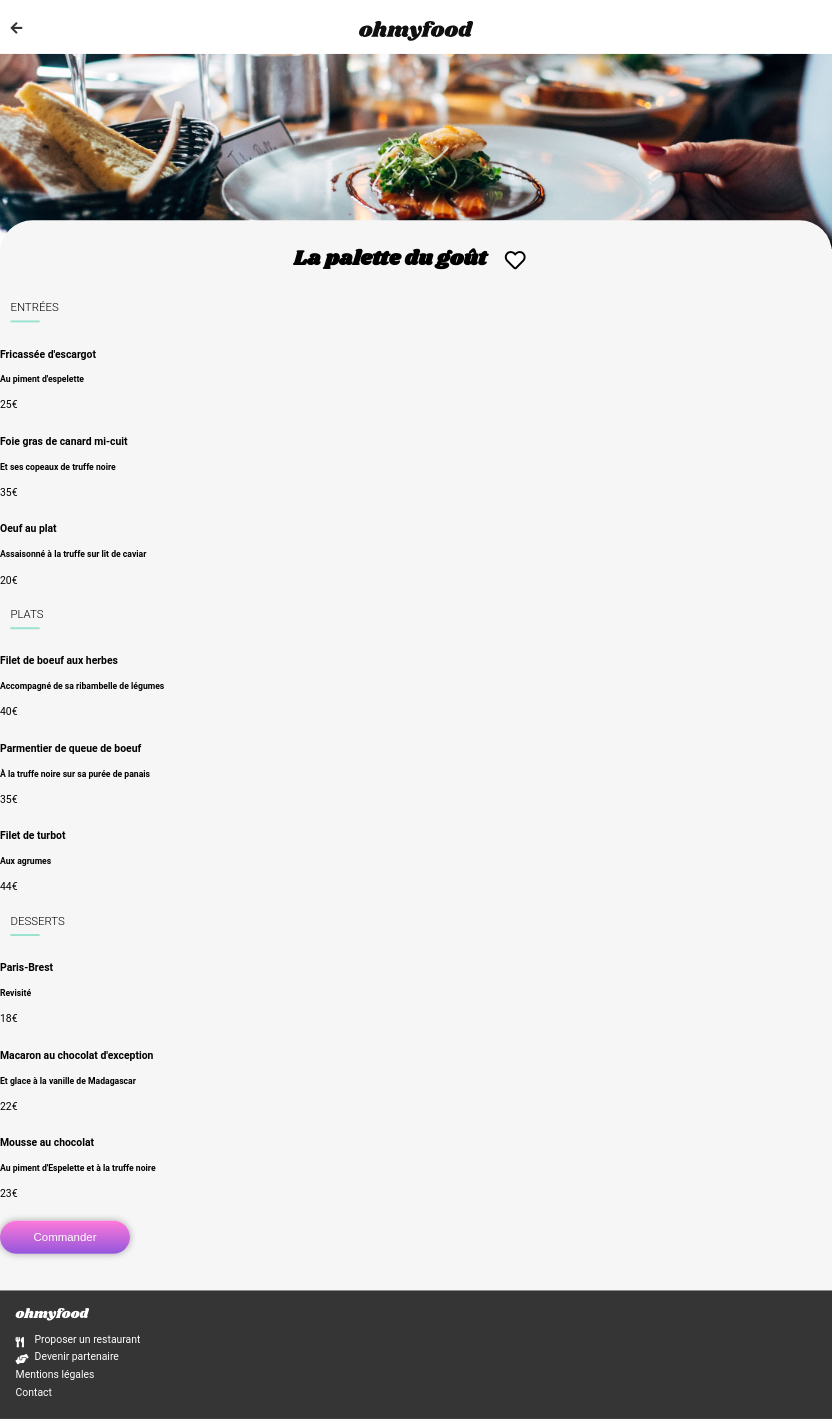
Repository: AlexisTisserand/AlexisTisserand_3_24112020
Page: menu-la-palette-du-gout.html
These files come from the project's save history. The page is drawn as it stood at one moment and after the next save; the edit follows.
The browser window is 1280 px wide. The pictures show the whole page, at 65% of full size.
Some web libraries are served in a nearby version. The style sheet was rebuilt from its Sass, Less or Tailwind sources for each picture, by a compiler version that may differ from the author's.

Above is the page before, as saved 2020-12-02 17:23:47.

### menu-la-palette-du-gout.html
<!DOCTYPE html>
<html lang="fr">

<head>
    <meta charset="UTF-8"/>
    <meta name="viewport" content="width=device-width, initial-scale=1">
    <meta name="descritpion" content="Menu - La palette du goût">
    <meta name="author" content="Alexis Tisserand">
    <link rel="stylesheet" href="https://use.fontawesome.com/releases/v5.4.1/css/all.css" integrity="sha384-5sAR7xN1Nv6T6+dT2mhtzEpVJvfS3NScPQTrOxhwjIuvcA67KV2R5Jz6kr4abQsz" crossorigin="anonymous">
    <link rel="stylesheet" href="style.css"/>
    <title>Menu - La palette du goût</title>
</head>
<body>

    <div id=bloc-page>

    <!--HEADER-->

    <header>
        <a href="index.html">
            <i class="fas fa-arrow-left"></i>
        </a>
        <div class="logo">
            <img src="images/logo/ohmyfood@2x.svg" alt="Logo ohmyfood"/>
        </div>
    </header>

    <section>

        <div class="restaurant-img">
            <img src="images/restaurants/la_palette_du_gout-min.jpg" alt="La Palette Du Goût"/>
        </div>

        <div class="restaurant-menu">
            <div class="restaurant-menu--titre">
                <h2>La palette du goût</h2>
                <div class="card-restaurant-legende-heart">
                    <span class="fa-stack">
                        <i class="fas fa-heart fa-stack-2x"></i>
                        <i class="far fa-heart fa-stack-2x"></i>
                    </span>
                </div>
            </div>

            <h3>ENTRÉES</h3>

                <div class="restaurant-menu--plats">
                    <h4>Fricassée d'escargot</h4>
                    <div class="restaurant-menu--plats--accompagnements">
                        <h5>Au piment d'espelette</h5>
                        <p>25€</p>
                    </div>
                </div>

                <div class="restaurant-menu--plats">
                    <h4>Foie gras de canard mi-cuit</h4>
                    <h5>Et ses copeaux de truffe noire</h5>
                    <p>35€</p>
                </div>

                <div class="restaurant-menu--plats">
                    <h4>Oeuf au plat</h4>
                    <h5>Assaisonné à la truffe sur lit de caviar</h5>
                    <p>20€</p>
                </div>

            <h3>PLATS</h3>

                <div class="restaurant-menu--plats">
                    <h4>Filet de boeuf aux herbes</h4>
                    <h5>Accompagné de sa ribambelle de légumes</h5>
                    <p>40€</p>
                </div>

                <div class="restaurant-menu--plats">
                    <h4>Parmentier de queue de boeuf</h4>
                    <h5>À la truffe noire sur sa purée de panais</h5>
                    <p>35€</p>
                </div>

                <div class="restaurant-menu--plats">
                    <h4>Filet de turbot</h4>
                    <h5>Aux agrumes</h5>
                    <p>44€</p>
                </div>

            <h3>DESSERTS</h3>

            <div class="restaurant-menu--plats">
                <h4>Paris-Brest</h4>
                <h5>Revisité</h5>
                <p>18€</p>
            </div>

            <div class="restaurant-menu--plats">
                <h4>Macaron au chocolat d'exception </h4>
                <h5>Et glace à la vanille de Madagascar</h5>
                <p>22€</p>
            </div>

            <div class="restaurant-menu--plats">
                <h4>Mousse au chocolat </h4>
                <h5>Au piment d'Espelette et à la truffe noire</h5>
                <p>23€</p>
            </div>

            <button class="description-ohmyfood-explorer" type="button">Commander</button>

        </div>
    </section>

    <footer>
        <h2>ohmyfood</h2>
        <div class="footer-img-text">
            <i class="fas fa-utensils"></i>
            <h3>Proposer un restaurant</h3>
        </div>
        <div class="footer-img-text">
            <i class="fas fa-hands-helping"></i>
            <h3>Devenir partenaire</h3>
        </div>
        <h3>Mentions légales</h3>
        <a href="mailto:ohmyfood@outlook.com"><h3>Contact</h3></a>
    </footer>

</body>
</html>

### sass/style.scss
@import "libs/fonts.scss";
@import "libs/media.scss";

/*COULEURS VARIABLES*/
$primary: #9356DC;
$secondary: #FF79DA;
$tertiary: #99E2D0;
$color-text: #353535;
$color-background: #f6f6f6;
$color-box-shadow :#e5e5e5;

/*VARIABLES TAILLE ET FONT FAMILY*/
$font-family: 'roboto', 'Raleway', 'Trebuchet MS', 'Lucida Sans Unicode', 'Lucida Grande', 'Lucida Sans', Arial, sans-serif;;
$size: 1rem;

/*Extensions*/
.box-shadow{
    box-shadow: 0px 0px 8px 1px $color-box-shadow;
    color: $color-text;
    border: none;
    border-radius: 25px;
    width: 350px;
    background-color: $color-background;
}

.cercle{
    background-color: $primary;
    color: white;
    padding: 8px;
    border-radius: 50px;
    margin-right: 25px;
    margin-left: -15px;
    width: 15px;
    height: 15px;
    text-align: center;
    align-content: center;
    font-size: $size;
    line-height: 15px;
    font-weight: light;
}

.transition-background{
    transition: background-color 200ms;
}

body{
    background-color: white;
    font-family: $font-family;
    margin: auto;
}

a{
    text-decoration: none;
    color: black;
}

#bloc-page{
    width: 100%;
    margin: auto;
    max-width: 2000px;
    min-width: 100px;
}

/*HEADER*/

header{
    text-align: center;
    .logo{
        margin-top: $size + 1rem;
        img{
            width: $size + 10rem;
        }
    }
}

.search-bar{
    display: flex;
    background-color: #EAEAEA;
    box-shadow: 0px -2px 5px 0px #CFCFCF;
    height: $size + 2rem;
    margin-top: 1rem;
    align-items: center;
    justify-content: center;
    .fas{
        font-size: $size;
        margin-bottom: 1rem;
    }
    .search-bar-button{
        color: $color-text;
        font-size: $size + 0.5rem;
    }
    .search-bar-text-input{
        outline: none;
        padding: 0;
        background-color: #EAEAEA;
        border: none;
        color: $color-text;
        font-size: $size;
        font-weight: bold;
        text-align: center;
        width: 180px;
    }
}

/*SECTION DESCRIPTION*/

#description-ohmyfood{
    display: flex;
    flex-direction: column;
    background-color: $color-background;
    align-items: center;
    text-align: center;
    h2{
        font-size: $size + 0.7rem ;
        padding: $size;
        margin-bottom: 0;
        margin-top: $size + 0.5rem;
    }
    h3{
        font-size: $size + 0.2rem ;
        font-weight: 300;
        margin-top: 0;
        padding: $size - 0.5rem, $size + 1rem ;
    }
    button{
        font-size: $size + 0.1rem;
        margin-top: $size;
        font-weight: normal;
        color: white;
        background: linear-gradient($secondary, $primary);
        position: relative;
        border: none;
        box-shadow: 0px 0px 10px 1px #b6b3b3;
        border-radius: 40px;
        padding: 15px 20px;
        margin-bottom: $size + 2.5rem;
        transition: transform cubic-bezier(1,0,0,1) 500ms, background 500ms, ;
        &:hover{
            background: lighten($color: $secondary, $amount: 5);
            box-shadow: 0px 0px 7px 3px #484B4C;
            transform: scale(1.1);
            cursor: pointer;
        }
        &:active{
            border-style: none;
        }
        &:focus{
            outline:none;
        }
}


}

/*FONCTIONNEMENT*/

#fonctionnement{
    display: flex;
    align-items: center;
    flex-direction: column;
    background-color: white;
    h2{
        margin: 3*$size $size $size;
    }
    ul{
        padding: 10px;
        margin-top: - $size;
    }
}

.fonctionnement-nav{
    display: flex;
    flex-wrap: wrap;
    justify-content: space-around;
    &-etape{
        display: flex;
        flex-direction: row;
        align-items: center;
        margin: 15px 30px ;
        @extend .transition-background;
        @extend .box-shadow;
        &:hover{
        background-color: rgba($color:$primary, $alpha: 0.15);
        cursor: pointer;
        &:hover .fas{
        color: $primary;
        }
    }
    h5{
        @extend .cercle;
    }
    .fas{
        margin-right: 15px;
        color: #7e7e7e;
        font-size: $size + 0.2rem;
        margin-right: $size;
        }
    }
    &-etape.active{
        background-color: rgba($color:$primary, $alpha: 0.15);
        .fas{
            color: $primary;
        }
    }
}

/*RESTAURANTS*/

#restaurants{
    display: flex;
    flex-direction: column;
    background-color: $color-background;
    h2{
        margin: 3*$size $size $size;
    }
}

.card-restaurant{
    display: flex;
    position: relative;
    z-index: 1;
    flex-direction: column;
    background-color: white;
    border-radius: 20px;
    box-shadow: 0px 0px 8px 1px $color-box-shadow;
    margin: 15px;
    box-sizing: border-box;
    transition: ease-in-out 200ms;
    &:hover{
        transform: scale(1.01);
    }
    img{
    height: 200px;
    position: relative;
    z-index: 1;
    object-fit: cover;
    width: 100%;
    border-radius: 1rem 1rem 0 0;
    }
    &-nouveau{
        background-color: $tertiary;
        color: #39a98e;
        position: absolute;
        top: 8px;
        right: 16px;
        padding: 7px;
        border-radius: 5px;
        z-index: 2;
    }
    &-legende{
        display: flex;
        flex-direction: row;
        justify-content: space-between;
        &-text{
            display: flex;
            flex-direction: column;
            margin-left: $size;
            h4{
                font-size: $size + 0.2rem;
                margin-top: $size;
                margin-bottom: 0;
            }
            h5{
                margin-top: 0.2 * $size;
                margin-bottom: $size;
                font-weight: 300;
                font-size: $size + 0.1rem;
            }
        }
        &-heart{
            align-self: center;
            margin-right: 2 * $size;
            .fas{
                color: white;
                &:hover{
                    background: red;
                }
            }
            .far{
                color: black;
                &:hover{
                    color:black
                }
            }
        }
    }
}

/*FOOTER*/

footer{
    padding: $size + 0.5rem;
    background-color: $color-text;
    color: white;
    h2{
        font-family: 'Shrikhand';
        font-weight: normal;
        font-size: $size + 0.3rem;
        margin-top: 0;
    }
    h3{
        margin: 0;
        font-weight: 400;
        margin-bottom: 0.5 * $size;
        font-size: initial;
    }
    .footer-img-text{
        display: flex;
        flex-direction: row;
        align-items: center;
        .fas{
            margin-right: $size;
            &.fa-hands-helping{
                margin-right: 0.58* $size;
            }
        }
    }
    a{
        color: white;
    }
}

/*********************************************************/
/*MEDIA QUERIES ACCUEIL*/
/*********************************************************/

/*LARGE DEVICES*/
@media screen and (min-width: 1268px){

    #restaurants{
        display: grid;
        grid-template-columns: repeat(4, 1fr);
        grid-template-rows: auto auto auto ;
        margin-bottom: 0px;
    }   h2{
        grid-column: 1/-1;
    }
}

/*MEDIUM DEVICES*/
@media screen and (max-width: 1267px){

    .fonctionnement-nav{
        justify-content: center;
        &-etape{
            width: 50%;
        }
    }

    #restaurants{
        display: grid;
        grid-template-columns: repeat(2, 1fr);
        grid-template-rows: auto auto auto ;
        h2{
            grid-column: 1/-1;
        }
    }
}

/*SMALL DEVICES*/
@media screen and (max-width: 934px){
    .fonctionnement-nav-etape{
        width: 100%;
    }

    #restaurants{
        display: grid;
        grid-template-columns: 1fr;
        grid-template-rows: auto auto auto ;
        h2{
            grid-column: 1/-1;
        }
    }

}

/*********************************************************/
/*MENU LA PALETTE DU GOÛT*/
/*********************************************************/


header{
    a{
        position: absolute;
        left: $size;
        color: $color-text;
        font-size: $size + 0.3rem;
    }
}

.restaurant-img{
    img{
        object-fit: cover;
        width: 100%;
        height: 300px;
        margin-top: $size;
        position: relative;
        z-index: 0;
    }
}

.restaurant-menu{
    background-color: $color-background;
    border-radius: 50px 50px 0 0;
    margin-top: - 3rem;
    position: relative;
    display: flex;
    z-index: 1;
    flex-direction: column;
    width: 100%;
    &--titre{
        display: flex;
        flex-direction: row;
        justify-content: center;
        align-items: center;
        margin-top: $size;
        h2{
            font-family: 'Shrikhand';
            font-size: $size + 1rem;
            margin-right: $size + 0.5rem;
            margin-left: $size;
        }
    }
    h3{
        font-weight: 300;
        font-size: $size + 0.1rem;
        margin-left: $size;
        border-bottom: $tertiary 3px solid;
        width: 45px;
        padding-bottom: 10px;
    }
    button{
        width: 200px;
        font-size: $size + 0.1rem;
        margin-top: $size;
        font-weight: normal;
        color: white;
        background: linear-gradient($secondary, $primary);
        position: relative;
        border: none;
        box-shadow: 0px 0px 10px 1px #b6b3b3;
        border-radius: 40px;
        padding: 15px 20px;
        margin-bottom: $size + 2.5rem;
        transition: transform cubic-bezier(1,0,0,1) 500ms, background 500ms ;
        &:hover{
            background: lighten($color: $secondary, $amount: 5);
            box-shadow: 0px 0px 7px 3px #484B4C;
            transform: scale(1.1);
            cursor: pointer;
        }
        &:active{
            border-style: none;
        }
        &:focus{
            outline:none;
        }
    }
}

### sass/libs/fonts.scss
@font-face {
    font-family: 'robotoregular';
    src: url('Fonts/roboto/Roboto-Regular-webfont.eot');
    src: url('Fonts/roboto/Roboto-Regular-webfont.eot?#iefix') format('embedded-opentype'),
         url('Fonts/roboto/Roboto-Regular-webfont.woff2') format('woff2'),
         url('Fonts/roboto/Roboto-Regular-webfont.woff') format('woff'),
         url('Fonts/roboto/Roboto-Regular-webfont.ttf') format('truetype'),
         url('Fonts/roboto/Roboto-Regular-webfont.svg#robotoregular') format('svg');
    font-weight: normal;
    font-style: normal;

}

@font-face {
    font-family: 'Shrikhand';
    src: url('Fonts/Shrikhand-Regular.eot');
    src: url('Fonts/Shrikhand-Regular.eot?#iefix') format('embedded-opentype'),
        url('Fonts/Shrikhand-Regular.woff2') format('woff2'),
        url('Fonts/Shrikhand-Regular.woff') format('woff'),
        url('Fonts/Shrikhand-Regular.ttf') format('truetype'),
        url('Fonts/Shrikhand-Regular.svg#Shrikhand-Regular') format('svg');
    font-weight: normal;
    font-style: italic;
    font-display: swap;
}

@font-face {
    font-family: 'robotoblack_italic';
    src: url('Fonts/roboto/Roboto-BlackItalic-webfont.eot');
    src: url('Fonts/roboto/Roboto-BlackItalic-webfont.eot?#iefix') format('embedded-opentype'),
         url('Fonts/roboto/Roboto-BlackItalic-webfont.woff2') format('woff2'),
         url('Fonts/roboto/Roboto-BlackItalic-webfont.woff') format('woff'),
         url('Fonts/roboto/Roboto-BlackItalic-webfont.ttf') format('truetype'),
         url('Fonts/roboto/Roboto-BlackItalic-webfont.svg#robotoblack_italic') format('svg');
    font-weight: normal;
    font-style: normal;

}

@font-face {
    font-family: 'robotoblack';
    src: url('Fonts/roboto/Roboto-Black-webfont.eot');
    src: url('Fonts/roboto/Roboto-Black-webfont.eot?#iefix') format('embedded-opentype'),
         url('Fonts/roboto/Roboto-Black-webfont.woff2') format('woff2'),
         url('Fonts/roboto/Roboto-Black-webfont.woff') format('woff'),
         url('Fonts/roboto/Roboto-Black-webfont.ttf') format('truetype'),
         url('Fonts/roboto/Roboto-Black-webfont.svg#robotoblack') format('svg');
    font-weight: normal;
    font-style: normal;

}

### sass/libs/media.scss
@media screen and (max-width: 1266px){

    .fonctionnement-nav-etape{
        margin: 15px 10px;
    }

    .card-restaurants{
        width: 50%;
    }
}

After the next save:
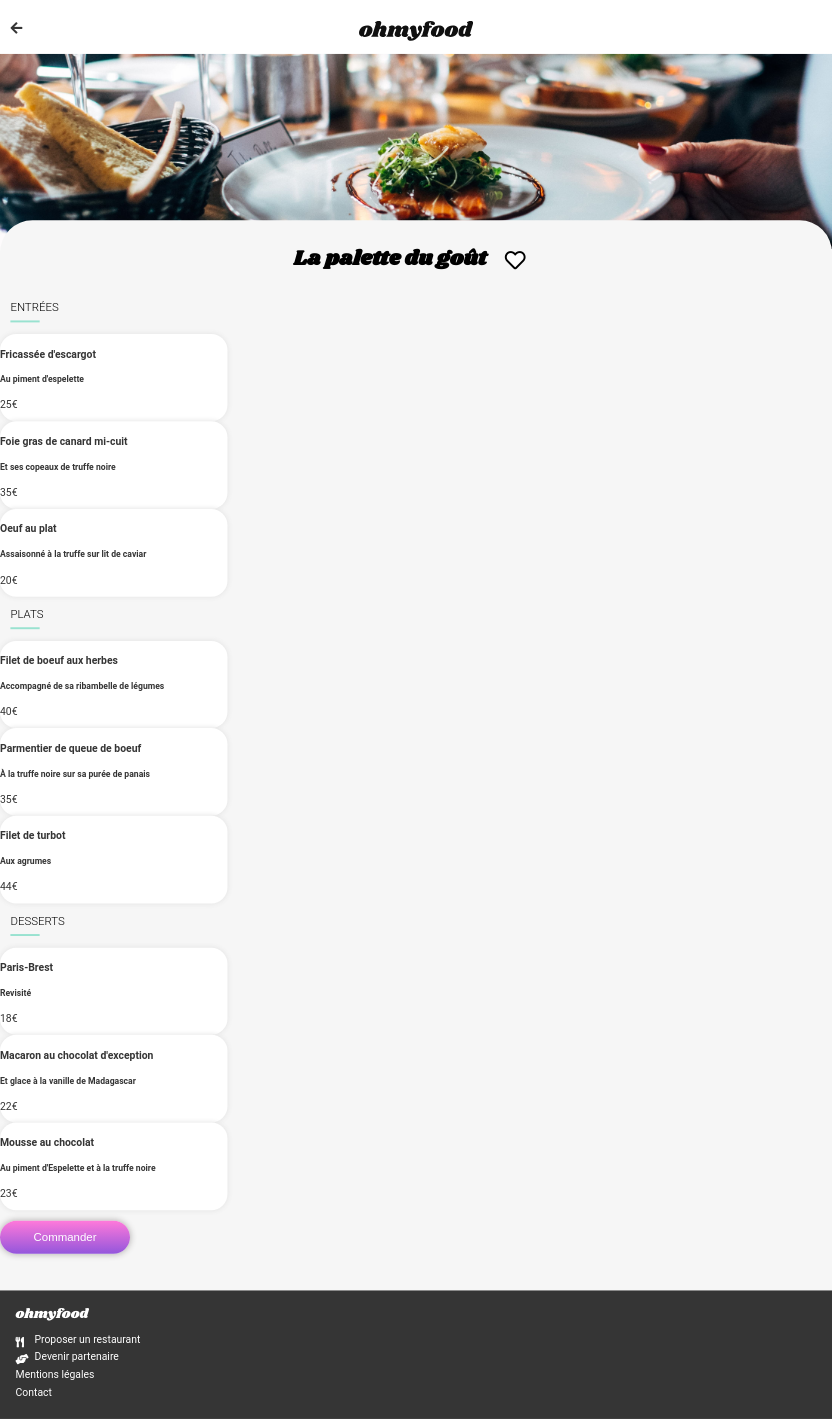
Saved 6 min 0 s later.
--- a/sass/style.scss
+++ b/sass/style.scss
@@ -429,6 +429,10 @@ header{
         width: 45px;
         padding-bottom: 10px;
     }
+    &--plats{
+        background-color: white;
+        @extend .box-shadow;
+    }
     button{
         width: 200px;
         font-size: $size + 0.1rem;
